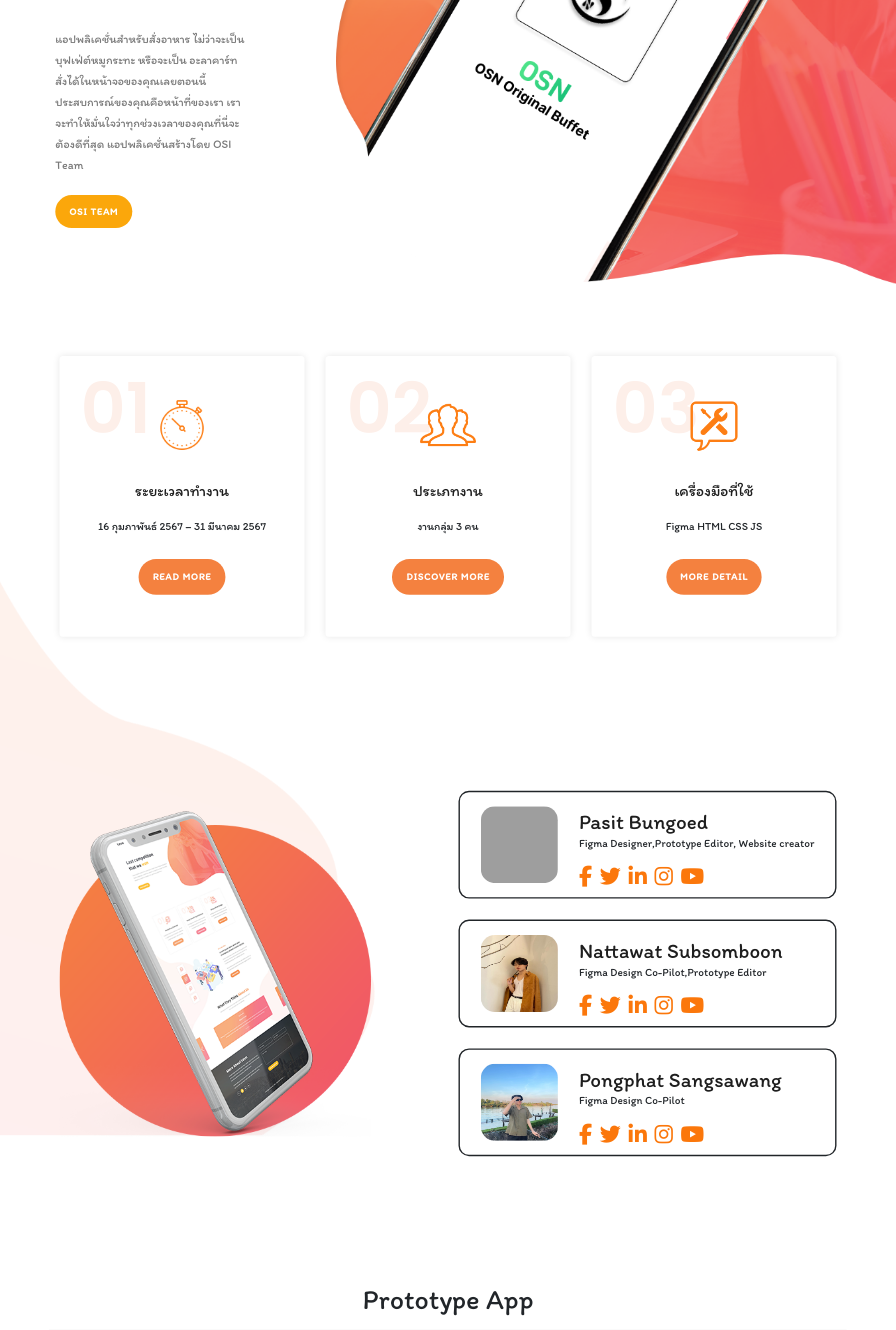
Repository: NicePS2546/Project-OSN
Page: index.html
The author's editor kept a copy of each file at every save. The page is drawn from the files as they stood at one save, then again after the next save.
The browser window is 1280 px wide. The pictures show the part of the page from y = 384 to 2284 px (the page is 6759 px tall), at 70% of full size.
Pictures or frames that could not be fetched are drawn as grey boxes. Some web fonts or font styles are not loaded; a fallback is used.

Above is the page before, as saved 2024-03-25 16:32:45.

### index.html
<!DOCTYPE html>
<html lang="en">
  <head>
    <meta charset="UTF-8" />
    <meta name="viewport" content="width=device-width, initial-scale=1.0" />
    <title>OSN Original App</title>
    <link
      href="https://cdn.jsdelivr.net/npm/bootstrap@5.3.3/dist/css/bootstrap.min.css"
      rel="stylesheet"
      integrity="sha384-QWTKZyjpPEjISv5WaRU9OFeRpok6YctnYmDr5pNlyT2bRjXh0JMhjY6hW+ALEwIH"
      crossorigin="anonymous"
    />
    <link
      rel="stylesheet"
      href="https://cdnjs.cloudflare.com/ajax/libs/font-awesome/6.5.1/css/all.min.css"
    />
    <script
      src="https://cdn.jsdelivr.net/npm/bootstrap@5.3.3/dist/js/bootstrap.bundle.min.js"
      integrity="sha384-YvpcrYf0tY3lHB60NNkmXc5s9fDVZLESaAA55NDzOxhy9GkcIdslK1eN7N6jIeHz"
      crossorigin="anonymous"
    ></script>

    <link
      rel="stylesheet"
      type="text/css"
      href="assets/css/bootstrap.min.css"
    />

    <link rel="stylesheet" type="text/css" href="assets/css/font-awesome.css" />
    <link rel="stylesheet" href="assets/css/custom.css" />


  </head>
  <body>
    <!-- Loading Page -->
    <div id="loading">
      <div class="jumper">
        <div></div>
        <div></div>
        <div></div>
      </div>
    </div>

    <!-- Loading Page -->

    <header class="header-area header-sticky">
      <div class="container">
        <div class="row">
          <div class="col-12">
            <nav class="main-nav">
              <a class="logo" href="#"> OSN Original </a>
              <ul class="nav">
                <li class="scroll-to-section">
                  <a href="#welcome" class="menu-item">Home</a>
                </li>
                <li class="scroll-to-section">
                  <a href="#about" class="menu-item">Detail Work</a>
                </li>
                <li class="scroll-to-section">
                  <a class="menu-item" href="#various-steps">Various Steps</a>
                </li>
                <li class="scroll-to-section">
                  <a class="menu-item" href="#design-process">Design Process</a>
                </li>
                <li class="scroll-to-section">
                  <a class="menu-item" href="#team">Our Team</a>
                </li>
              </ul>
              <a class="menu-trigger">
                <span>Menu</span>
              </a>
            </nav>
          </div>
        </div>
      </div>
    </header>

    <div id="welcome" class="hero-area">
      <div class="header-text">
        <div class="container">
          <div class="row">
            <div
              class="left-text col-lg-6 col-md-12 col-sm-12 col-xs-12"
              data-scroll-reveal="enter left move 30px over 0.6s after 0.4s"
            >
              <h1>
                Simple Buffet app <br />
                <em>osi original</em>
              </h1>
              <p>
                แอปพลิเคชั่นสำหรับสั่งอาหาร ไม่ว่าจะเป็นบุฟเฟ่ต์หมูกระทะ
                หรือจะเป็น อะลาคาร์ท สั่งได้ในหน้าจอของคุณเลยตอนนี้
                ประสบการณ์ของคุณคือหน้าที่ของเรา
                เราจะทำให้มั่นใจว่าทุกช่วงเวลาของคุณที่นี่จะต้องดีที่สุด
                แอปพลิเคชั่นสร้างโดย OSI Team
              </p>
              <a href="#team" class="main-button-slider">OSI TEAM</a>
            </div>
          </div>
        </div>
      </div>
    </div>

    <!-- detail work -->
    <section class="section" id="about">
      <div class="container">
        <div class="row">
          <div
            class="col-lg-4 col-md-6 col-sm-12 col-xs-12"
            data-scroll-reveal="enter left move 30px over 0.6s after 0.4s"
          >
            <div class="detail-box box-1">
              <div class="box-icon">
                <h2>01</h2>
                <img src="assets/image/icons8-time-80.png" alt="" />
                <h4>ระยะเวลาทำงาน</h4>
                <p>16 กุมภาพันธ์ 2567 – 31 มีนาคม 2567</p>
                <a href="#" class="main-button"> Read More </a>
              </div>
            </div>
          </div>
          <div
            class="col-lg-4 col-md-6 col-sm-12 col-xs-12"
            data-scroll-reveal="enter bottom move 30px over 0.6s after 0.4s"
          >
            <div class="detail-box box-2">
              <div class="features-icon">
                <h2>02</h2>
                <img
                  src="assets/image/icons8-team-100.png"
                  width="80px"
                  height="80px"
                />
                <h4>ประเภทงาน</h4>
                <p>งานกลุ่ม 3 คน</p>
                <a href="#team" class="main-button"> Discover More </a>
              </div>
            </div>
          </div>
          <div
            class="col-lg-4 col-md-6 col-sm-12 col-xs-12"
            data-scroll-reveal="enter right move 30px over 0.6s after 0.4s"
          >
            <div class="detail-box box-3">
              <div class="features-icon">
                <h2>03</h2>
                <img
                  src="assets/image/icons8-utilities-100.png"
                  width="80px"
                  height="80px"
                  alt=""
                />
                <h4>เครื่องมือที่ใช้</h4>
                <p>Figma HTML CSS JS</p>
                <a href="#" class="main-button"> More Detail </a>
              </div>
            </div>
          </div>
        </div>
      </div>
    </section>
    <!--End Detail work-->
    <div class="left-image-decor"></div>
    <!--TEAM-->
    <section class="section" id="team">
      <div class="container">
        <div class="row">
          <div
            class="left-image col-lg-5 col-md-12 col-sm-12 mobile-bottom-fix-big"
            data-scroll-reveal="enter left move 30px over 0.6s after 0.4s"
          >
            <img
              src="assets/image/left-image.png"
              class="rounded img-fluid d-block mx-auto"
              alt="App"
            />
          </div>
          <div
            class="right-text offset-lg-1 col-lg-6 col-md-12 col-sm-12 mobile-bottom-fix"
          >
            <ul class="team-list">
              <li
                class="box-team"
                data-scroll-reveal="enter right move 30px over 0.6s after 0.4s"
              >
                <img src="assets/image/Evil_nice.jpg" class="profile-img" width="110px" height="110px" alt="" />
                <div class="text">
                  <h4>Pasit Bungoed</h4>
                  <p>Figma Designer,Prototype Editor, Website creator</p>
                  <div class="list-social">
                    <a><i class="fa fa-facebook" aria-hidden="true"></i></a>
                    <a><i class="fa fa-twitter" aria-hidden="true"></i></a>
                    <a><i class="fa fa-linkedin" aria-hidden="true"></i></a>
                    <a><i class="fa fa-instagram" aria-hidden="true"></i></a>
                    <a><i class="fa fa-youtube-play" aria-hidden="true"></i></a>
                  </div>
                </div>
              </li>

              <li
                class="box-team"
                data-scroll-reveal="enter right move 30px over 0.6s after 0.5s"
              >
                <img src="assets/image/sim.jpg " class="profile-img" width="110px" height="110px" alt="" />
                <div class="text">
                  <h4>Nattawat Subsomboon</h4>
                  <p>Figma Design Co-Pilot,Prototype Editor</p>
                  <div class="list-social">
                    <a><i class="fa fa-facebook" aria-hidden="true"></i></a>
                    <a><i class="fa fa-twitter" aria-hidden="true"></i></a>
                    <a><i class="fa fa-linkedin" aria-hidden="true"></i></a>
                    <a><i class="fa fa-instagram" aria-hidden="true"></i></a>
                    <a><i class="fa fa-youtube-play" aria-hidden="true"></i></a>
                  </div>
                </div>
              </li>

              <li
                class="box-team"
                data-scroll-reveal="enter right move 30px over 0.6s after 0.6s"
              >
                <img src="assets/image/oat.jpg" class="profile-img" width="110px" height="110px" alt="" />
                <div class="text">
                  <h4>Pongphat Sangsawang</h4>
                  <p>Figma Design Co-Pilot</p>
                  <div class="list-social">
                    <a><i class="fa fa-facebook" aria-hidden="true"></i></a>
                    <a><i class="fa fa-twitter" aria-hidden="true"></i></a>
                    <a><i class="fa fa-linkedin" aria-hidden="true"></i></a>
                    <a><i class="fa fa-instagram" aria-hidden="true"></i></a>
                    <a><i class="fa fa-youtube-play" aria-hidden="true"></i></a>
                  </div>
                </div>
              </li>
            </ul>
          </div>

          <h1 class="header-prototype">Prototype App</h1>
          <iframe
            data-scroll-reveal="enter fade 0.6s after 0.4s"
            style="border: 1px solid rgba(0, 0, 0, 0.1)"
            width="500px"
            height="1000px"
            src="https://www.figma.com/embed?embed_host=share&url=https%3A%2F%2Fwww.figma.com%2Fproto%2FtxMAS8ibAktKTE6PIgdeX5%2FProject%3Ftype%3Ddesign%26node-id%3D65-18147%26t%3D9C3Eo7JHRzGhpGCB-1%26scaling%3Dscale-down%26page-id%3D62%253A218%26starting-point-node-id%3D65%253A18147%26show-proto-sidebar%3D1%26mode%3Ddesign"
            allowfullscreen
          ></iframe>
        </div>
      </div>
    </section>
    <!--end TEAM-->
    <div class="right-image-decor"></div>
    <!--Design Process-->
    <section class="section" id="design-process">
      <div class="container">
        <div class="row">
          <div class="col-lg-8 offset-lg-2">
            <div class="center-heading">
              <h2>Design Process</h2>
            </div>
          </div>
          <div
            data-scroll-reveal="enter left move 330px over 0.6s after 0.4s"
            class="col-lg-10 chart-container col-md-12 col-sm-12 mobile-bottom-fix-big"
          >
            <img class="" src="assets/image/Chart.png" />
          </div>
        </div>
      </div>
    </section>

    <!--End Design Process-->
<!--Various Step-->
    <section class="section" id="various-steps">
      <div class="container">
        <div class="row">
          <div class="center-heading"><h2 class="">Various Steps</h2></div>

          <div
            class="col-lg-4 col-md-6 col-sm-12 col-xs-12"
            data-scroll-reveal="enter left move 30px over 0.6s after 0.4s"
          >
            <div class="detail-box box-fixed-1 box-1">
              <div class="box-icon">
                <h2>01</h2>
                <img src="assets/image/icons8-high-importance-100.png" width="80px" height="80px" alt="" />
                <h4>Problem Pain</h4>
                <ul class="list-alignment">
                  <li>
                    •เวลาที่มีคนเข้าร้านอาหารเยอะๆ ทำให้พนักงานจดลิสต์เมนูไม่ทัน
                  </li>
                  <li>•การรันคิว อาจจะช้า เพราะเรียงตาม Order ที่สั่ง</li>
                  <li>•ไม่มีอินเตอร์เน็ตในการสั่งเมนู</li>
                  <li>•ข้อมูลในการสั่งอาหารอาจตกหล่น</li>
                </ul>
              </div>
            </div>
          </div>
          <div
            class="col-lg-4 col-md-6 col-sm-12 col-xs-12"
            data-scroll-reveal="enter bottom move 30px over 0.6s after 0.4s"
          >
            <div class="detail-box box-fixed-2 box-2">
              <div class="features-icon">
                <h2>02</h2>
                <img
                  src="assets/image/icons8-team-100.png"
                  width="80px"
                  height="80px"
                />
                <h4>User Interviews</h4>
                <ul class="list-alignment">
                  <li>
                    •สัมภาษณ์ผู้ใช้เพื่อให้ทราบถึงปัญหาจริงของแต่ละคน
                    เพื่อนำมาวิเคราะห์และปรับกลยุทธ์ในการออกแบบแอปให้ตอบโจทย์ความต้องการของผู้ใช้ให้มากที่สุด
                  </li>
                  <li>
                    •โดยมีการเตรียมคำถามเป็นข้อ ๆ เพื่อพูดคุยกับผู้ใช้
                    และมีคำถามที่ได้เตรียมไว้เพื่อถามในจุดสำคัญหรือจุดที่ต้องการเน้นย้ำเฉพาะ
                  </li>
                </ul>
              </div>
            </div>
          </div>
          <div
            class="col-lg-4 m-responsive col-md-6 col-sm-12 col-xs-12"
            data-scroll-reveal="enter right move 30px over 0.6s after 0.4s"
          >
            <div class="detail-box box-fixed-3 box-3">
              <div class="features-icon">
                <h2>03</h2>
                <img
                  src="assets/image/icons8-book-80.png"
                  width="80px"
                  height="80px"
                  alt=""
                />
                <h4>สรุปคำตอบที่เป็นข้อมูลสำคัญ</h4>
                <ul class="list-alignment">
                  <li>
                    •อยากให้กรองข้อมูลของที่อยากได้ เช่น หมวดหมู่ (หมู ไก่ ปลา
                    เนื้อ add-on) / ราคา (อลาคาร์ท, บุฟเฟต์ แบบจำกัดเวลา) /
                    เครื่องดื่ม /ของหวาน
                  </li>
                  <li>•อยากให้ค้นหาชื่อเมนูได้ตามต้องการ</li>
                  <li>•อยากให้มีเมนูซิกเนเจอร์ของร้าน</li>
                </ul>
              </div>
            </div>
          </div>
          <div
            class="col-lg-4 mt-4 col-md-6 col-sm-12 col-xs-12"
            data-scroll-reveal="enter right move 30px over 0.6s after 0.4s"
          >
            <div class="detail-box box-fixed-4 box-4">
              <div class="features-icon">
                <h2>04</h2>
                <img
                  src="assets/image/icons8-question-100.png"
                  width="80px"
                  height="80px"
                  alt=""
                />
                <h4>ตัวอย่างคำถามที่ใช้ในการพูดคุยและสัมภาษณ์</h4>
                <ul class="list-alignment">
                  <li>
                    •ท่านเคยใช้บริการการสั่งอาหารผ่านแอปในร้านอาหารมาก่อนหรือไม่?
                  </li>
                  <li>
                    •ระหว่างพนักงานจดลิสต์เมนูกับการสแกนอะไรสะดวกต่อการสั่งกว่ากัน
                  </li>
                  <li>
                    •คุณประสบพบเจอปัญหาอะไรบ้างเกี่ยวกับการสั่งอาหารผ่านแอป
                  </li>
                  <li>
                    •คุณจะแก้ปัญหายังไงถ้าการสแกนช้ากว่าการเรียกสั่งพนักงาน
                  </li>
                  <li>
                    •มีประสบการณ์ในการใช้แอปสั่งอาหารที่น่าจดจำ (เช่น
                    การใช้งานที่รวดเร็ว การเลือกรายการอาหาร)
                    ที่คุณต้องการแบ่งปันไหม?
                  </li>
                  <li>
                    •ระหว่างพนักงานจดลิสต์เมนูกับการสแกนอะไรสะดวกต่อการสั่งกว่ากัน
                  </li>
                  <li>
                    •มีคำแนะนำหรือข้อเสนอแนะในการพัฒนาแอปสั่งอาหารเพื่อให้มีประสิทธิภาพมากยิ่งขึ้นไหม?
                  </li>
                  <li>
                    •ถ้าคุณเป็นเจ้าของร้านอาหาร,
                    คุณคิดว่าจะมีวิธีใดที่จะทำให้การให้บริการสั่งอาหารผ่านแอปเป็นประสบการณ์ที่ดีที่สุดสำหรับลูกค้าของคุณ?
                  </li>
                </ul>
              </div>
            </div>
          </div>
        </div>
      </div>
    </section>
<!--End Various Step-->
    <!-- ***** Footer Start ***** -->
    <footer id="contact-us">
      <div class="container">
        <div class="footer-content">
          <div class="row">
            <!-- ***** Contact Form Start ***** -->
            <div class="col-lg-6 col-md-12 col-sm-12">
              <div class="contact-form" data-scroll-reveal="enter fade over 0.6s after 0.4s">
                <form id="contact" action="" method="post">
                  <div class="row">
                    <div class="col-md-6 col-sm-12">
                      <fieldset data-scroll-reveal="enter left move 30px over 0.6s after 0.4s">
                        <input
                          name="name"
                          type="text"
                          id="name"
                          placeholder="Full Name"
                          required=""
                          style="background-color: rgba(250, 250, 250, 0.3)"
                        />
                      </fieldset>
                    </div>
                    <div class="col-md-6 col-sm-12">
                      <fieldset data-scroll-reveal="enter right move 30px over 0.6s after 0.4s">
                        <input
                          name="email"
                          type="text"
                          id="email"
                          placeholder="E-Mail Address"
                          required=""
                          style="background-color: rgba(250, 250, 250, 0.3)"
                        />
                      </fieldset>
                    </div>
                    <div class="col-lg-12">
                      <fieldset data-scroll-reveal="enter bottom move 30px over 0.6s after 0.4s">
                        <textarea
                          name="message"
                          rows="6"
                          id="message"
                          placeholder="Your Message"
                          required=""
                          style="background-color: rgba(250, 250, 250, 0.3)"
                        ></textarea>
                      </fieldset>
                    </div>
                    <div class="col-lg-12">
                      <fieldset data-scroll-reveal="enter bottom move 30px over 0.6s after 0.4s">
                        <button
                          type="submit"
                          id="form-submit"
                          class="main-button"
                        >
                          Send Message Now
                        </button>
                      </fieldset>
                    </div>
                  </div>
                </form>
              </div>
            </div>
            <!-- ***** Contact Form End ***** -->
            <div class="right-content col-lg-6 col-md-12 col-sm-12" data-scroll-reveal="enter right move 30px over 0.2s after 0.4s">
              <h2>More About <em>OSN Original</em></h2>
              <p>
                Phasellus dapibus urna vel lacus accumsan, iaculis eleifend leo
                auctor. Duis at finibus odio. Vivamus ut pharetra arcu, in porta
                metus. Suspendisse blandit pulvinar ligula ut elementum.
                <br /><br />Lorem ipsum dolor sit amet consectetur adipisicing elit. Ab similique molestias est, non quia qui reiciendis voluptate ullam nulla quo mollitia labore maiores laudantium repellendus tenetur delectus dolorum placeat praesentium!
                <a
                  rel="nofollow"
                  href="https://templatemo.com/contact"
                  target="_parent"
                  >contact</a
                >
                page for more detail.
              </p>
              <ul class="social">
                <li>
                  <a href="https://fb.com/templatemo" data-scroll-reveal="enter bottom move 40px over 0.3s after 0.4s"
                    ><i class="fa fa-facebook"></i
                  ></a>
                </li>
                <li>
                  <a href="#" data-scroll-reveal="enter top move 40px over 0.4s after 0.4s"><i class="fa fa-twitter"></i></a>
                </li>
                <li>
                  <a href="# " data-scroll-reveal="enter bottom move 40px over 0.5s after 0.4s"><i class="fa fa-linkedin"></i></a>
                </li>
                <li>
                  <a href="#" data-scroll-reveal="enter top move 40px over 0.6s after 0.4s"><i class="fa fa-rss"></i></a>
                </li>
                <li>
                  <a href="#" data-scroll-reveal="enter bottom move 40px over 0.7s after 0.4s"><i class="fa fa-dribbble"></i></a>
                </li>
              </ul>
            </div>
          </div>
        </div>
        <div class="row">
          <div class="col-lg-12">
            <div class="sub-footer">
              <p>
                Copyright &copy; 2024 OSN ORIGINAL APP | Designed by Pasit
              </p>
            </div>
          </div>
        </div>
      </div>
    </footer>
    <!-- ***** end detail work ***** -->
  </body>
  <!-- jQuery -->
  <script src="assets/js/jquery-2.1.0.min.js"></script>

  <!-- Bootstrap -->
  <script src="assets/js/popper.js"></script>
  <script src="assets/js/bootstrap.min.js"></script>

  <!-- Plugins -->
  <script src="assets/js/owl-carousel.js"></script>
  <script src="assets/js/scrollreveal.min.js"></script>
  <script src="assets/js/waypoints.min.js"></script>
  <script src="assets/js/jquery.counterup.min.js"></script>
  <script src="assets/js/imgfix.min.js"></script>
  <!-- Global Init -->
  <script src="assets/js/custom.js"></script>
</html>

Loaded but not shown: assets/css/bootstrap.min.css (library); assets/css/font-awesome.css (library); assets/js/jquery-2.1.0.min.js (library); assets/js/popper.js (library); assets/js/bootstrap.min.js (library); assets/js/scrollreveal.min.js (library); assets/js/waypoints.min.js (library); assets/js/jquery.counterup.min.js (common file); assets/js/imgfix.min.js (library); assets/js/owl-carousel.js (3448 lines, source omitted); assets/js/custom.js (270 lines, source omitted); assets/css/custom.css (1161 lines, source omitted)

After the next save:
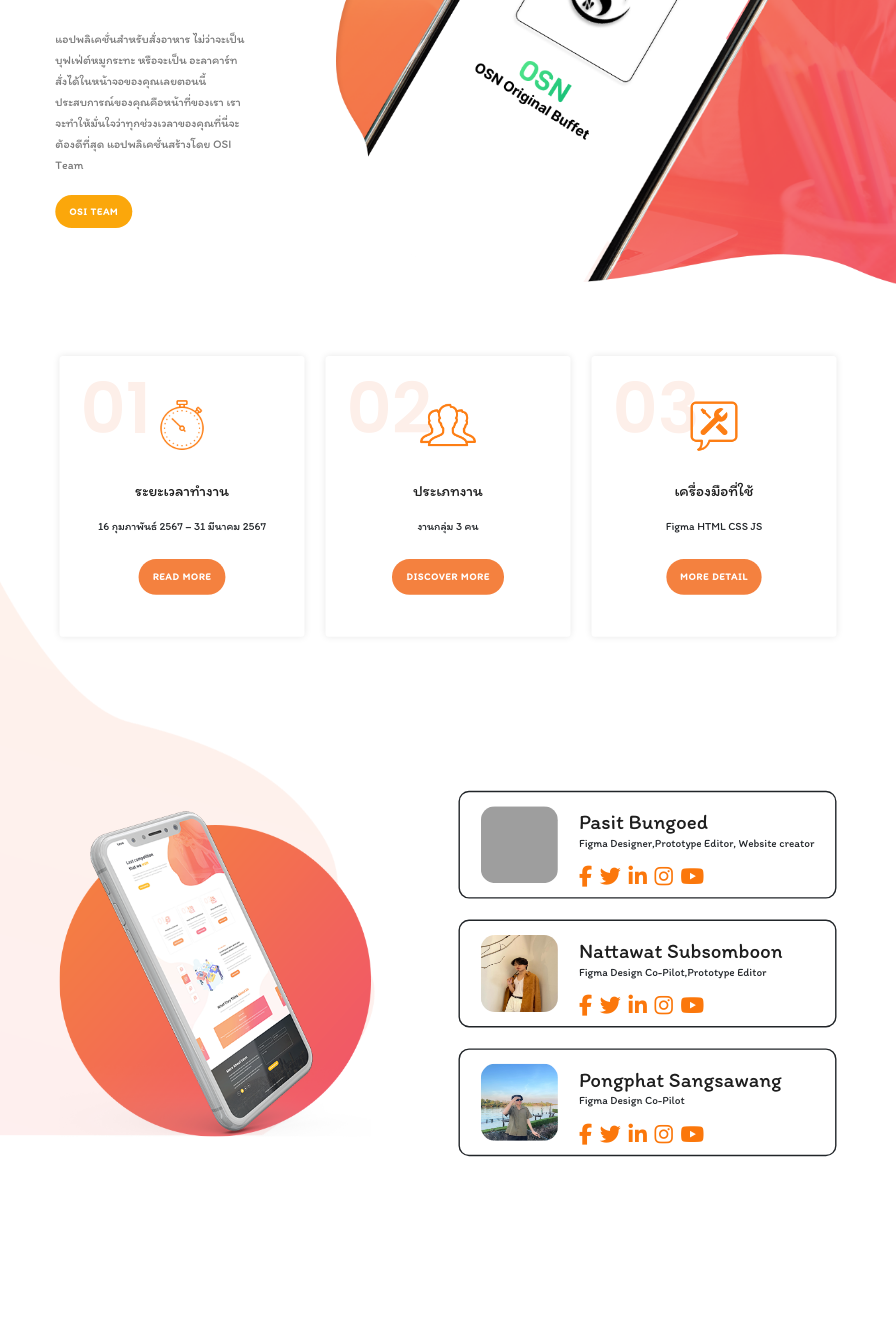
Saved 99 s later.
--- a/index.html
+++ b/index.html
@@ -235,6 +235,14 @@
             </ul>
           </div>
 
+
+        </div>
+      </div>
+    </section>
+    <!--end TEAM-->
+    <section id="tools">
+      <div class="container">
+        <div class="row">
           <h1 class="header-prototype">Prototype App</h1>
           <iframe
             data-scroll-reveal="enter fade 0.6s after 0.4s"
@@ -246,8 +254,8 @@
           ></iframe>
         </div>
       </div>
+
     </section>
-    <!--end TEAM-->
     <div class="right-image-decor"></div>
     <!--Design Process-->
     <section class="section" id="design-process">
